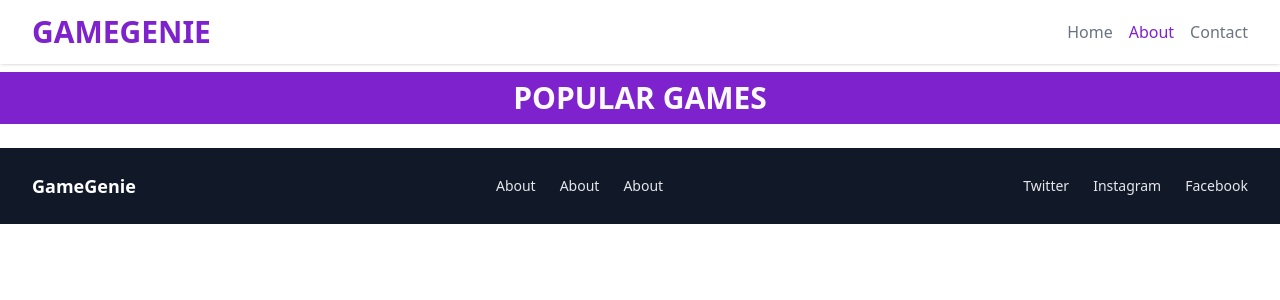
Repository: mfaeezshabbir/Gamegenie
Page: /allGames
The author's editor kept a copy of each file at every save. The page is drawn from the files as they stood at one save, then again after the next save.
The browser window is 1280 px wide. The pictures show the whole page.
The page's requests for data from a server got no answer. The project was rebuilt for these pictures with package versions that can differ from the ones it lists, and the page was loaded fresh each time. The framework's server and built-in components were replaced by stand-ins that run in the browser. No one was signed in, and anything a server would have sent is missing. Also part of the build but not shown: next.config.js, components/GameCard/GameCard.jsx.

Above is the page before, as saved 2023-04-18 13:04:47.

### pages/_app.js
import Footer from "@/components/Footer/Footer";
import Header from "@/components/Header/Header";
import "@/styles/globals.css";

export default function App({ Component, pageProps }) {
  return (
    <>
      <Header />
      <Component {...pageProps} />
      <Footer />
    </>
  );
}

### pages/allGames.jsx
import { useEffect, useState } from "react";
import axios from "axios";
import GameCard from "../components/GameCard/GameCard";

export default function Home() {
  const [games, setGames] = useState([]);

  useEffect(() => {
    axios
      .get("/api/games")
      .then((response) => {
        setGames(response.data);
      })
      .catch((error) => {
        console.error(error);
      });
  }, []);

  return (
    <div className=" mt-2" >
      <h1 className="text-3xl text-center bg-purple-700 p-2 uppercase font-bold text-gray-50 " >Popular Games</h1><br />
      <div className="grid grid-cols-1 sm:grid-cols-2 lg:grid-cols-3 gap-4">
        {games.map((game) => (
          <GameCard key={game.name} game={game} />
        ))}
      </div>
    </div>
  );
}

### components/Footer/Footer.jsx
import Link from 'next/link';

function Footer() {
  return (
    <footer className="bg-gray-900 text-gray-200 py-6 w-full">
      <div className="max-w-7xl mx-auto px-4 sm:px-6 lg:px-8 flex flex-wrap justify-between items-center">
        <div className="w-full sm:w-auto mb-4 sm:mb-0">
          <Link href="/" className="text-lg font-bold text-white hover:text-gray-400 transition-colors duration-300">
            GameGenie
          </Link>
        </div>
        <div className="w-full sm:w-auto text-sm">
          <ul className="flex flex-wrap gap-6">
            <li>
              <Link href="/about" className="hover:text-gray-400 transition-colors duration-300">
                About
              </Link>
            </li>
            <li>
              <Link href="/about" className="hover:text-gray-400 transition-colors duration-300">
                About
              </Link>
            </li>
            <li>
              <Link href="/about" className="hover:text-gray-400 transition-colors duration-300">
                About
              </Link>
            </li>
          </ul>
        </div>
        <div className="w-full sm:w-auto text-sm">
          <ul className="flex flex-wrap gap-6">
            <li>
              <a href="https://twitter.com/GameGenie" target="_blank" rel="noopener noreferrer" className="hover:text-gray-400 transition-colors duration-300">
                Twitter
              </a>
            </li>
            <li>
              <a href="https://www.instagram.com/GameGenie" target="_blank" rel="noopener noreferrer" className="hover:text-gray-400 transition-colors duration-300">
                Instagram
              </a>
            </li>
            <li>
              <a href="https://www.facebook.com/GameGenie" target="_blank" rel="noopener noreferrer" className="hover:text-gray-400 transition-colors duration-300">
                Facebook
              </a>
            </li>
          </ul>
        </div>
      </div>
    </footer>
  );
}

export default Footer;

### components/Header/Header.jsx
import React, { useState } from 'react';
import Link from 'next/link';
import { useRouter } from 'next/router';

function NavItem({ href, children, active }) {
    return (
        <Link href={href}>
            <div className={`text-gray-500 hover:text-gray-900 ${active ? 'text-purple-700' : ''}`}>
                {children}
            </div>
        </Link>
    );
}

function Header() {
    const [isMenuOpen, setIsMenuOpen] = useState(false);

    const toggleMenu = () => {
        setIsMenuOpen(prevState => !prevState);
    };

    const links = [
        { href: '/', text: 'Home' },
        { href: '/allGames', text: 'About' },
        { href: '/profile', text: 'Contact' },
    ];

    const currentPath = useRouter().pathname;

    const MobileMenu = () => (
        <div className={`${isMenuOpen ? 'block' : 'hidden'} md:hidden`} id="mobile-menu">
            <div className="px-2 pt-2 pb-3 space-y-1 sm:px-3">
                {links.map(link => (
                    <NavItem
                        key={link.href}
                        href={link.href}
                        active={link.href === currentPath}
                    >
                        {link.text}
                    </NavItem>
                ))}
            </div>
        </div>
    );

    return (
        <>
            <header className="bg-white shadow fixed w-full z-10">
                <div className="max-w-7xl mx-auto px-4 sm:px-6 lg:px-8">
                    <nav className="flex justify-between items-center h-16">
                        <div className="flex-shrink-0 text-3xl text-purple-700 uppercase font-bold">
                            <Link href="/">
                                {/* <Logo className="h-6 w-6" alt="GameGenie logo" /> */}
                                Gamegenie
                            </Link>
                        </div>
                        <div className="hidden md:block">
                            <div className="ml-10 flex items-baseline space-x-4">
                                {links.map(link => (
                                    <NavItem
                                        key={link.href}
                                        href={link.href}
                                        active={link.href === currentPath}
                                    >
                                        {link.text}
                                    </NavItem>
                                ))}
                            </div>
                        </div>
                        <div className="-mr-2 flex md:hidden">
                            <button
                                type="button"
                                onClick={toggleMenu}
                                className="inline-flex items-center justify-center p-2 rounded-md text-gray-400 hover:text-gray-500 hover:bg-gray-100 focus:outline-none focus:ring-2 focus:ring-offset-2 focus:ring-offset-gray-100 focus:ring-indigo-500"
                                aria-controls="mobile-menu"
                                aria-expanded="false"
                            >
                                <span className="sr-only">Open main menu</span>
                                <svg
                                    className={`${isMenuOpen ? 'hidden' : 'block'} h-6 w-6`}
                                    xmlns="http://www.w3.org/2000/svg"
                                    fill="none"
                                    viewBox="0 0 24 24"
                                    stroke="currentColor"
                                    aria-hidden="true"
                                >
                                    <path strokeLinecap="round" strokeLinejoin="round" strokeWidth="2" d="M4 6h16M4 12h16M4 18h16" />
                                </svg>
                                <svg className={`${isMenuOpen ? 'block' : 'hidden'} h-6 w-6`}
                                    xmlns="http://www.w3.org/2000/svg"
                                    fill="none"
                                    viewBox="0 0 24 24"
                                    stroke="currentColor"
                                    aria-hidden="true"
                                >
                                    <path strokeLinecap="round" strokeLinejoin="round" strokeWidth="2" d="M6 18L18 6M6 6l12 12" />
                                </svg>
                            </button>
                        </div>
                    </nav>
                </div>
                <MobileMenu />
            </header>
            <div className="h-16" />
        </>
    );
}

export default Header;

### styles/globals.css
@tailwind base;
@tailwind components;
@tailwind utilities;

:root::-webkit-scrollbar{
    display: none;
}

Loaded but not shown: pages/_document.js (common file); tailwind.config.js (common file)

After the next save:
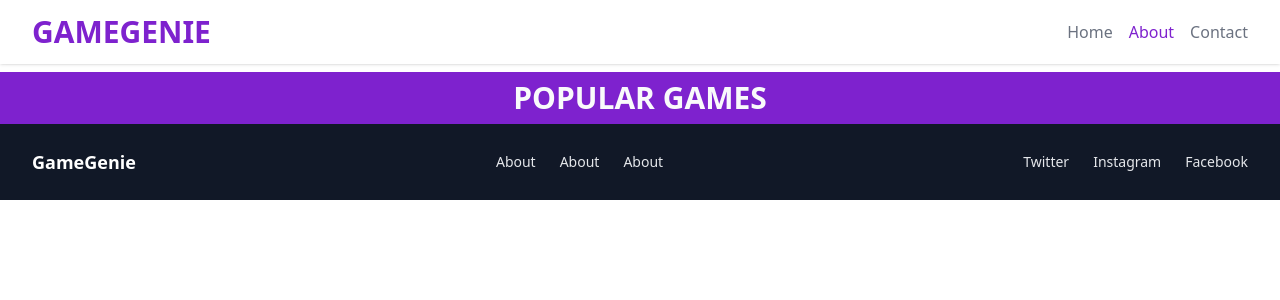
Saved 13 min 13 s later.
--- a/pages/allGames.jsx
+++ b/pages/allGames.jsx
@@ -18,7 +18,7 @@
 
   return (
     <div className=" mt-2" >
-      <h1 className="text-3xl text-center bg-purple-700 p-2 uppercase font-bold text-gray-50 " >Popular Games</h1><br />
+      <h1 className="text-3xl text-center bg-purple-700 p-2 uppercase font-bold text-gray-50 " >Popular Games</h1>
       <div className="grid grid-cols-1 sm:grid-cols-2 lg:grid-cols-3 gap-4">
         {games.map((game) => (
           <GameCard key={game.name} game={game} />

After the save that followed:
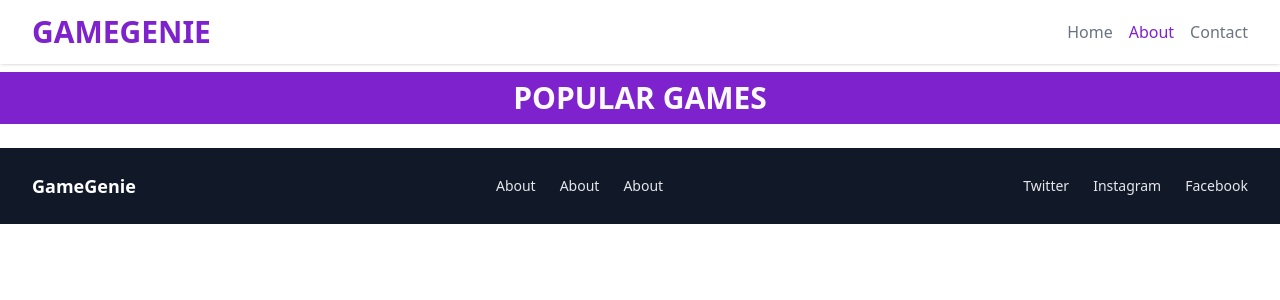
Saved 6 s later.
--- a/pages/allGames.jsx
+++ b/pages/allGames.jsx
@@ -18,7 +18,7 @@
 
   return (
     <div className=" mt-2" >
-      <h1 className="text-3xl text-center bg-purple-700 p-2 uppercase font-bold text-gray-50 " >Popular Games</h1>
+      <h1 className="text-3xl text-center bg-purple-700 p-2 uppercase font-bold text-gray-50 " >Popular Games</h1><br />
       <div className="grid grid-cols-1 sm:grid-cols-2 lg:grid-cols-3 gap-4">
         {games.map((game) => (
           <GameCard key={game.name} game={game} />
